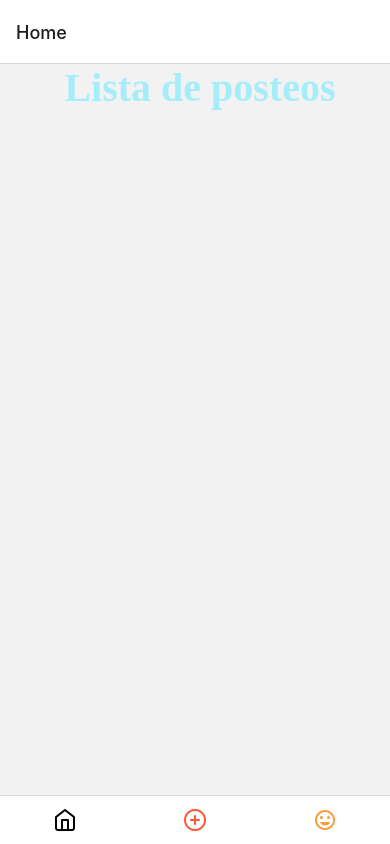
Repository: larafernandezo/finalprog3
Screen: /Menu
The author's editor kept a copy of each file at every save. The screen is drawn from the files as they stood at one save, then again after the next save.
The page's requests for data from a server got no answer. The app was drawn by React Native's web renderer in a window 390 px wide. The project was rebuilt for these pictures with package versions that can differ from the ones it lists, and the page was loaded fresh each time. No one was signed in, and anything a server would have sent is missing. Also part of the build but not shown: src/components/Camera.js, src/screens/Registro.js, src/components/Post.js, src/screens/MiPerfil.js, src/screens/NuevoPost.js, src/screens/Perfil.js.

Above is the screen before, as saved 2022-11-22 11:34:36.

After the next save:
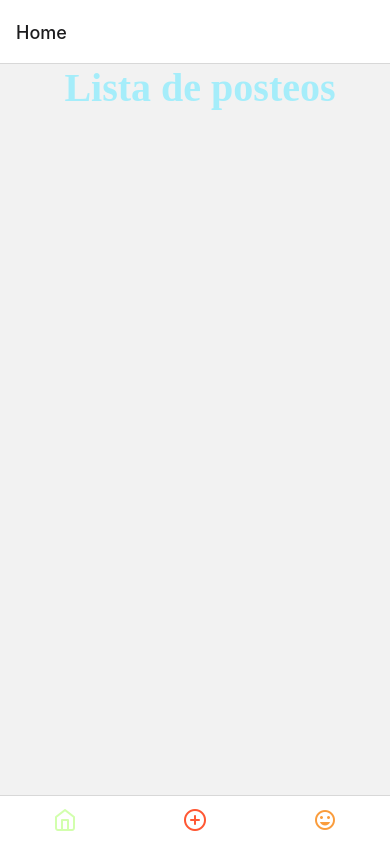
Saved 59 s later.
--- a/src/components/Menu.js
+++ b/src/components/Menu.js
@@ -12,7 +12,7 @@ const Tab = createBottomTabNavigator();
 function Menu () {
     return(
         <Tab.Navigator screenOptions = {{ tabBarShowLabel: false}}>
-                <Tab.Screen name = "Home" component={ Home } options ={ { tabBarIcon: () => <Feather name="home" size={24} color="rgb (100,149,237)" /> } }  />
+                <Tab.Screen name = "Home" component={ Home } options ={ { tabBarIcon: () => <Feather name="home" size={24} color="#d2ffad" /> } }  />
             <Tab.Screen name = "Postear" component={ NuevoPost }  options ={{ tabBarIcon: () => <Feather name="plus-circle" size={24} color="#FF5733" /> }}/>
             <Tab.Screen name = "Perfil" component={ MiPerfil } options={{ tabBarIcon: () => <MaterialIcons name="tag-faces" size={24} color="#fa9c3c" /> }}/>
         </Tab.Navigator>
